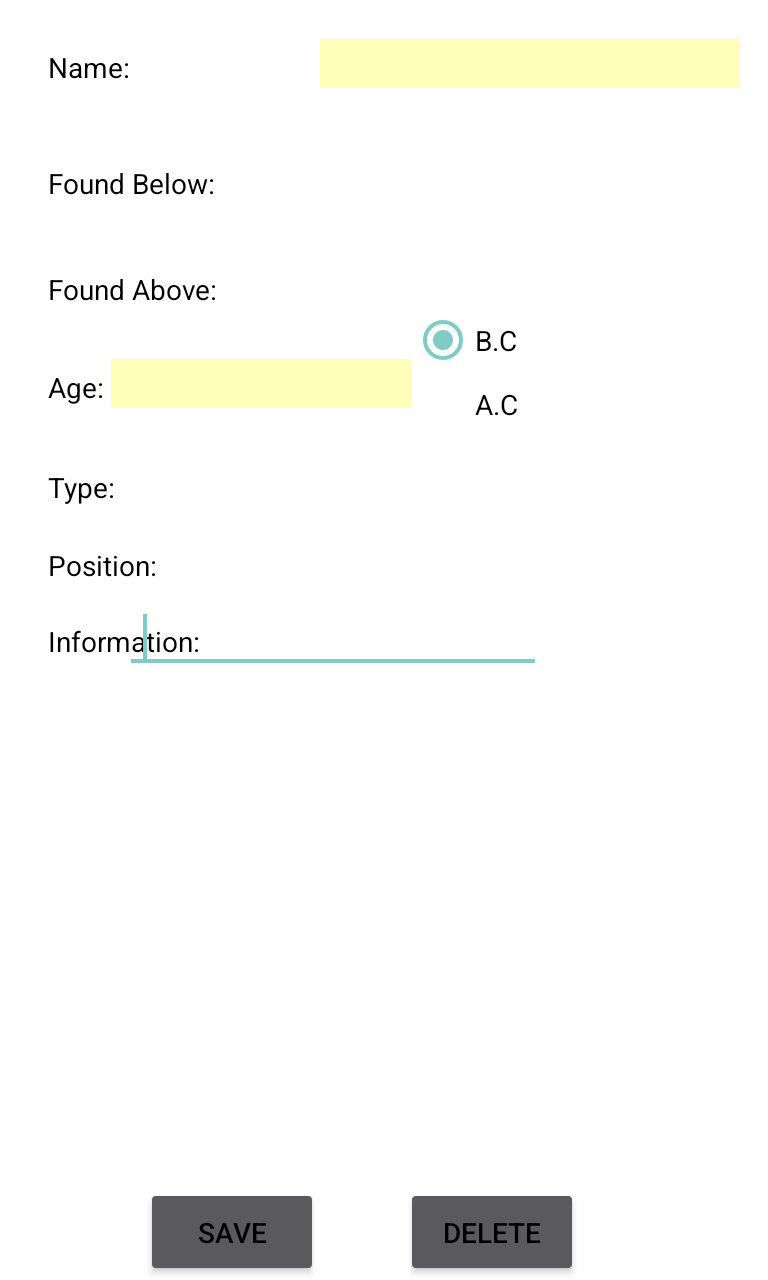
Repository: qfornaguera/AppQuelogy
Layout: AppQueology/res/layout/activity_artifact.xml
These files come from the project's save history. The layout is drawn as it stood at one moment and after the next save; the edit follows.
It is drawn on a 768 x 1280 px phone screen (xhdpi) without system bars, with theme Theme.AppCompat; the app's code is not run.

Above is the layout before, as saved 2014-05-26 21:12:50.

After the next save:
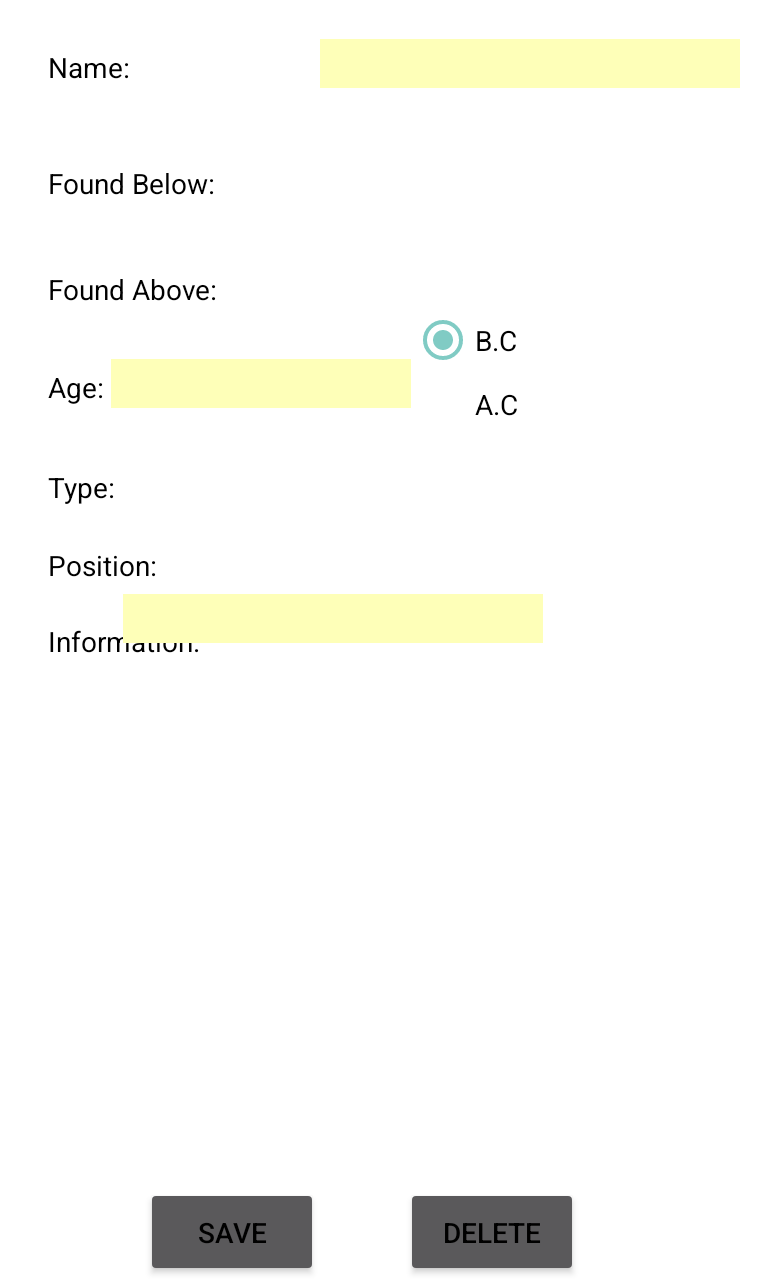
Saved 23 s later.
--- a/AppQueology/res/layout/activity_artifact.xml
+++ b/AppQueology/res/layout/activity_artifact.xml
@@ -188,12 +188,12 @@
 		        android:layout_height="wrap_content"
 		        android:layout_below="@+id/spinner1"
 		        android:layout_toRightOf="@+id/textView7"
+		        android:background="#FEFFB8"
 		        android:ems="10"
 		        android:inputType="textMultiLine"
 		        android:paddingLeft="10dp"
 		        android:textColor="#000000" >
 
-		        <requestFocus />
 		    </EditText>
 
 		</RelativeLayout>
